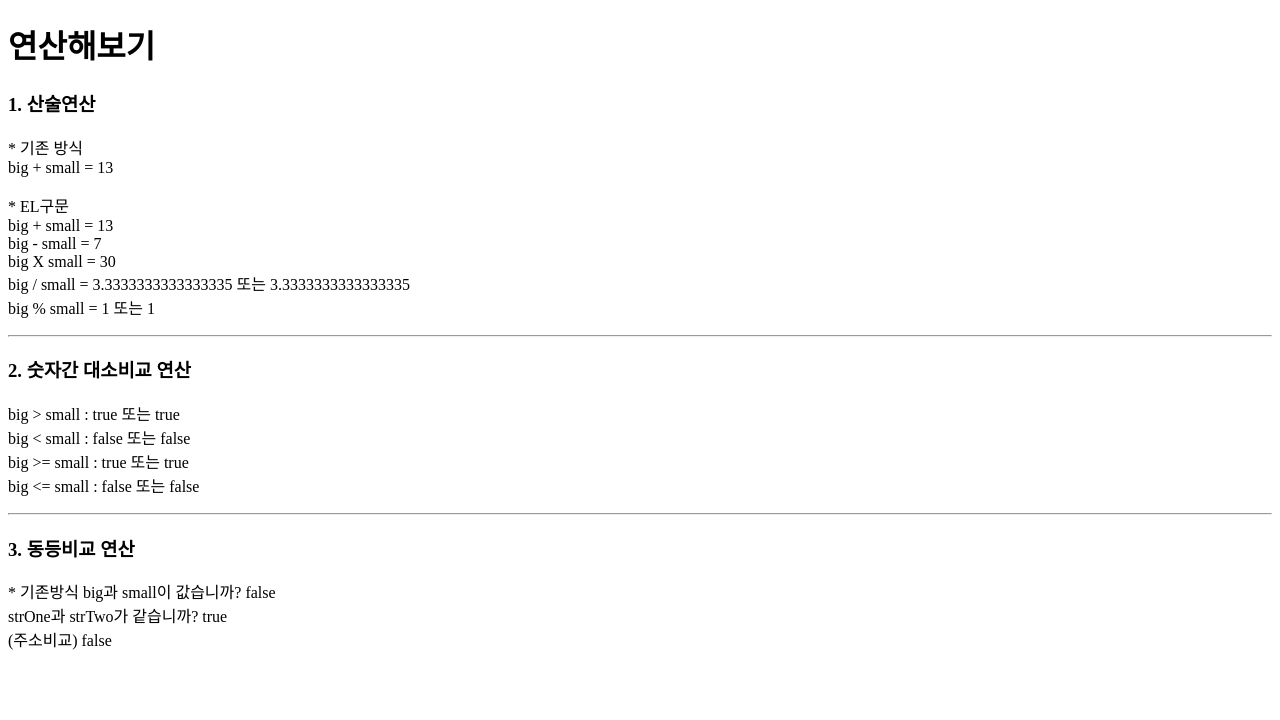
Repository: judeyong/myWebWorkSpace2
Page: http://localhost/Action_Project/operation.do
These files come from the project's save history. The page is drawn as it stood at one moment and after the next save; the edit follows.
The browser window is 1280 px wide. The pictures show the whole page.
The page is served by Tomcat 9. Other server files are loaded and not shown.

Above is the page before, as saved 2024-04-03 02:26:34.

### Action_Project/WebContent/views/02_elOperation.jsp
<%@ page language="java" contentType="text/html; charset=UTF-8"
    pageEncoding="UTF-8"%>
<!DOCTYPE html>
<html>
<head>
<meta charset="UTF-8">
<title>Insert title here</title>
</head>
<body>

	<h1>연산해보기</h1>
	<h3>1. 산술연산</h3>

	<p>
		* 기존 방식 <br>
		big + small = <%= (int)request.getAttribute("big") + (int)request.getAttribute("small") %>
	</p>

	<p>
		* EL구문<br>
		big + small = ${ big + small } <br>
		big - small = ${ big - small } <br>
		big X small = ${ big * small } <br>
		big / small = ${ big / small } 또는 ${ big div small }<br>
		big % small = ${ big % small } 또는 ${ big mod small }<br>
	</p>

	<hr>

	<h3>2. 숫자간 대소비교 연산</h3>

	<p>
		big &gt; small : ${ big > small } 또는 ${ big gt small } <br>
		big &lt; small : ${ big < small } 또는 ${ gib lt small } <br>
		big &gt;= small : ${ big >= small } 또는 ${ big ge small } <br>
		big &lt;= small : ${ big <= small } 또는 ${ big le small } <br>
	</p>

	<hr>

	<h3>3. 동등비교 연산</h3>

	<p>
		* 기존방식
		big과 small이 값습니까?
		<%= (int)request.getAttribute("big") == (int)request.getAttribute("small") %> <br>
		strOne과 strTwo가 같습니까?
		<%= ((String)request.getAttribute("strOne")).equals((String)request.getAttribute("strTwo")) %> <br>
		(주소비교)
		<%= (String)request.getAttribute("strOne") == (String)request.getAttribute("strTwo") %> <br>
	</p>




























</body>
</html>

### Action_Project/src/com/kh/controller/OperationServlet.java
package com.kh.controller;

import java.io.IOException;
import java.util.ArrayList;

import javax.servlet.ServletException;
import javax.servlet.annotation.WebServlet;
import javax.servlet.http.HttpServlet;
import javax.servlet.http.HttpServletRequest;
import javax.servlet.http.HttpServletResponse;

import com.kh.model.vo.Person;

/**
 * Servlet implementation class OperationServlet
 */
@WebServlet("/operation.do")
public class OperationServlet extends HttpServlet {
	private static final long serialVersionUID = 1L;

    /**
     * @see HttpServlet#HttpServlet()
     */
    public OperationServlet() {
        super();
        // TODO Auto-generated constructor stub
    }

	/**
	 * @see HttpServlet#doGet(HttpServletRequest request, HttpServletResponse response)
	 */
	protected void doGet(HttpServletRequest request, HttpServletResponse response) throws ServletException, IOException {

		// 테스트 할 수 있는 값 넘기기
		request.setAttribute("big", 10);
		request.setAttribute("small", 3);

		request.setAttribute("strOne", "안녕");
		request.setAttribute("strTwo", new String("안녕"));

		request.setAttribute("personOne", new Person("홍길동", 15, "한양"));
		request.setAttribute("personTwo", null);

		ArrayList<String> list1 = new ArrayList();
		request.setAttribute("listOne", list1);

		ArrayList<String> list2 = new ArrayList();
		list2.add("ㅎㅇ");
		request.setAttribute("listTwo", list2);

		// 일단 여기까지 requestScope에 총 8개의 값을 담았음
		request.getRequestDispatcher("views/02_elOperation.jsp").forward(request, response);

	}

	/**
	 * @see HttpServlet#doPost(HttpServletRequest request, HttpServletResponse response)
	 */
	protected void doPost(HttpServletRequest request, HttpServletResponse response) throws ServletException, IOException {
		// TODO Auto-generated method stub
		doGet(request, response);
	}

}

### Action_Project/src/com/kh/model/vo/Person.java
package com.kh.model.vo;

public class Person {

	private String name;
	private int age;
	private String address;

	public Person() {
		super();
	}

	public Person(String name, int age, String address) {
		super();
		this.name = name;
		this.age = age;
		this.address = address;
	}

	public String getName() {
		return name;
	}

	public void setName(String name) {
		this.name = name;
	}

	public int getAge() {
		return age;
	}

	public void setAge(int age) {
		this.age = age;
	}

	public String getAddress() {
		return address;
	}

	public void setAddress(String address) {
		this.address = address;
	}

	@Override
	public String toString() {
		return "Person [name=" + name + ", age=" + age + ", address=" + address + "]";
	}

}

After the next save:
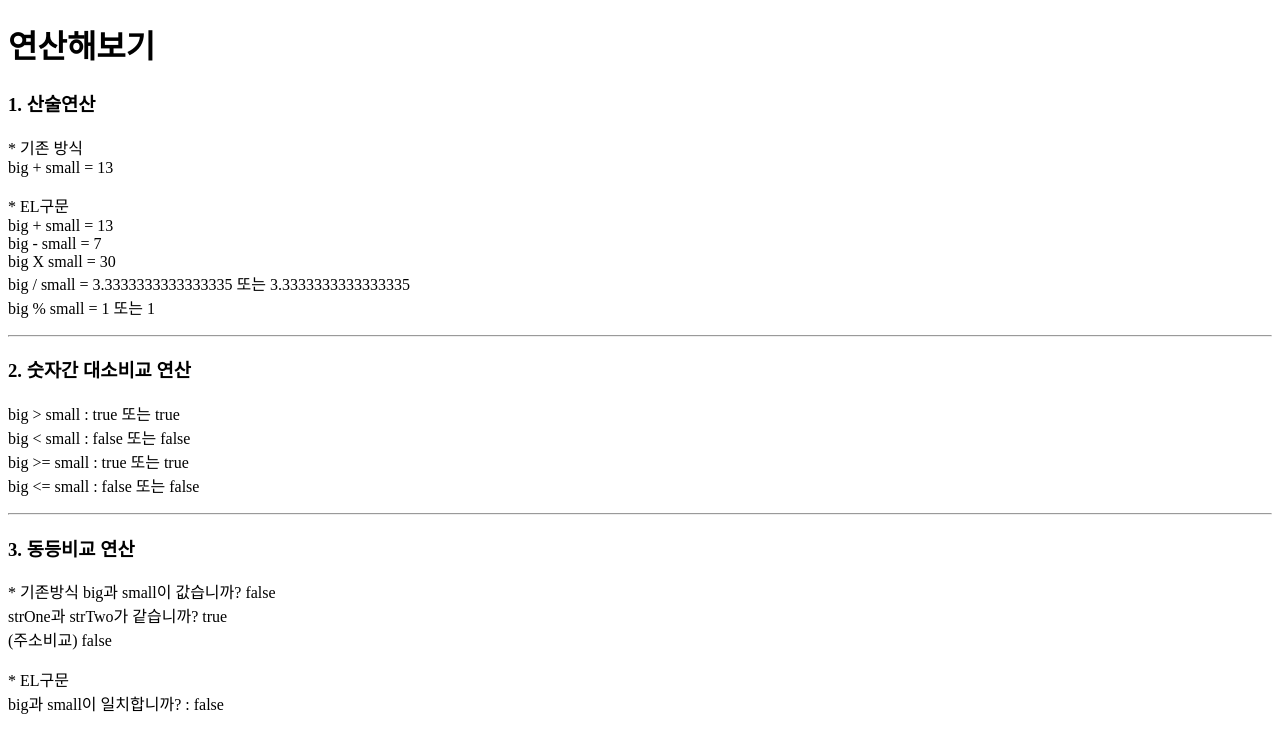
Saved 52 s later.
--- a/Action_Project/WebContent/views/02_elOperation.jsp
+++ b/Action_Project/WebContent/views/02_elOperation.jsp
@@ -50,6 +50,12 @@
 		<%= (String)request.getAttribute("strOne") == (String)request.getAttribute("strTwo") %> <br>
 	</p>
 
+	<p>
+		* EL구문 <br>
+		big과 small이 일치합니까? : ${ big == small }<br>
+
+	</p>
+
 
 
 
